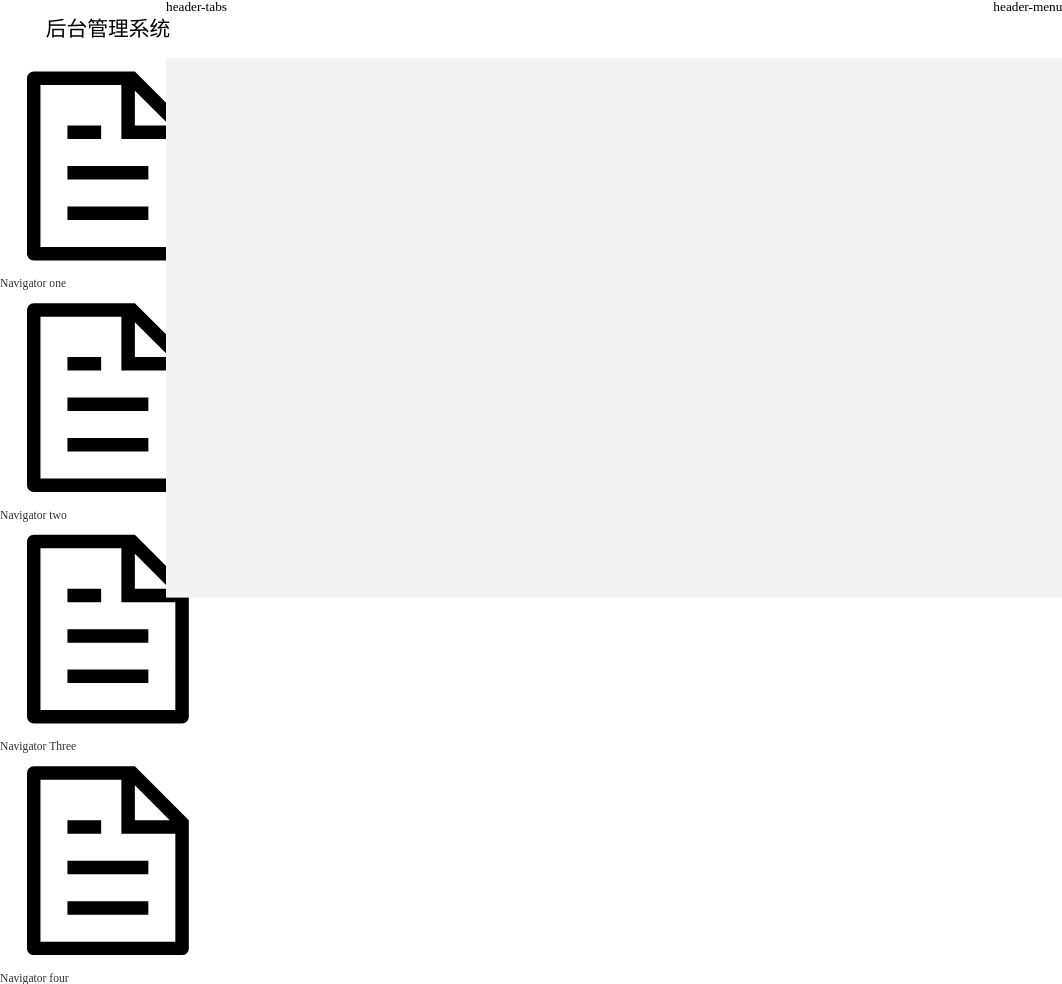
Repository: serrrN/admin
Page: /
These files come from the project's save history. The page is drawn as it stood at one moment and after the next save; the edit follows.
The browser window is 1280 px wide. The pictures show the whole page, at 83% of full size.
The project was rebuilt for these pictures with package versions that can differ from the ones it lists, and the page was loaded fresh each time. Also part of the build but not shown: vite.config.ts, src/styles/index.scss.

Above is the page before, as saved 2024-06-02 15:41:12.

### src/main.ts
import { createApp } from 'vue'
import App from './App.vue'
import ElementPlus from 'element-plus'
import zhCn from 'element-plus/es/locale/lang/zh-cn'
import * as ElementPlusIconsVue from '@element-plus/icons-vue'
import router from './router'
import 'reset-css'
import './styles/index.scss'
const app = createApp(App)
for (const [key, component] of Object.entries(ElementPlusIconsVue)) {
  app.component(key, component)
}
app.use(ElementPlus, { locale: zhCn })
app.use(router)
app.mount('#app')

### src/App.vue
<script setup lang="ts"></script>

<template>
  <router-view></router-view>
</template>

<style>
* {
  box-sizing: border-box;
}
#app,
html,
body {
  width: 100%;
  height: 100%;
}
</style>

### src/router/index.ts
import { createRouter, createWebHistory } from 'vue-router'
const routes = [
  {
    path: '/',
    name: 'home',
    component: () => import('@/layout/index.vue'),
  },
]
const router = createRouter({
  history: createWebHistory(),
  routes,
})
export default router

### src/layout/index.vue
<template>
  <div class="layout-container">
    <div class="left">
      <Menu />
    </div>
    <div class="right">
      <div class="header"><Header /></div>
      <div class="main"><Main /></div>
    </div>
  </div>
</template>

<script lang="ts" setup>
import Menu from './menu/index.vue'
import Header from './header/index.vue'
import Main from './main/index.vue'
</script>

<style scoped lang="scss">
.layout-container {
  width: 100%;
  height: 100%;
  display: flex;
  .left {
    height: 100%;
    width: $layout-container-left-max-width;
  }
  .right {
    width: calc(100% - $layout-container-left-max-width);
    .header {
      width: 100%;
      height: $layout-container-header-height;
      display: flex;
      justify-content: space-between;
    }
    .main {
      height: calc(100% - $layout-container-header-height);
      width: 100%;
      background-color: #f3f3f3;
    }
  }
}
</style>

### src/styles/variable.scss
// 布局容器左边未塌陷宽度
$layout-container-left-max-width:200px;
// 布局容器左边塌陷后宽度
$layout-container-left-min-width:0px;

// 布局容器头部高度
$layout-container-header-height:70px;

### src/layout/menu/index.vue
<template>
  <el-menu
    default-active="2"
    class="el-menu-vertical-demo"
    :collapse="isCollapse"
    @open="handleOpen"
    @close="handleClose"
  >
    <div class="name">后台管理系统</div>
    <el-menu-item index="1">
      <el-icon><document /></el-icon>
      <span>Navigator one</span>
    </el-menu-item>
    <el-menu-item index="2">
      <el-icon><document /></el-icon>
      <span>Navigator two</span>
    </el-menu-item>
    <el-menu-item index="3">
      <el-icon><document /></el-icon>
      <span>Navigator Three</span>
    </el-menu-item>
    <el-menu-item index="4">
      <el-icon><document /></el-icon>
      <span>Navigator four</span>
    </el-menu-item>
  </el-menu>
</template>

<script lang="ts" setup>
import { ref } from 'vue'

const isCollapse = ref(false)
const handleOpen = (key: string, keyPath: string[]) => {
  console.log(key, keyPath)
}
const handleClose = (key: string, keyPath: string[]) => {
  console.log(key, keyPath)
}
</script>

<style>
.el-menu{
  height:100%;
  .name{
      text-align:center;
      width: 100%;
      height: 70px;
      font-size: 25px;
      line-height: 70px;
  }
  .el-menu-item span{
    color: rgb(48, 49, 51);
    font-size: 14px;
    font-weight: 400;
    line-height
  }
}
.el-menu-vertical-demo:not(.el-menu--collapse) {
  width: 260px;
  min-height: 400px;
}
</style>

### src/layout/header/index.vue
<template>
  <Tabs />
  <Menu />
</template>
<script setup lang="ts">
import Tabs from './tabs/index.vue'
import Menu from './menu/index.vue'
</script>
<style lang="scss" scoped></style>

### src/layout/main/index.vue
<template>
  <router-view></router-view>
</template>
<script setup lang="ts"></script>
<style lang="scss" scoped></style>

### src/layout/header/tabs/index.vue
<template>
  <div class="header-tabs">header-tabs</div>
</template>
<script setup lang="ts"></script>
<style lang="scss" scoped></style>

### src/layout/header/menu/index.vue
<template>
  <div class="header-menu">header-menu</div>
</template>
<script setup lang="ts"></script>
<style lang="scss" scoped></style>

Loaded but not shown: index.html (common file)

After the next save:
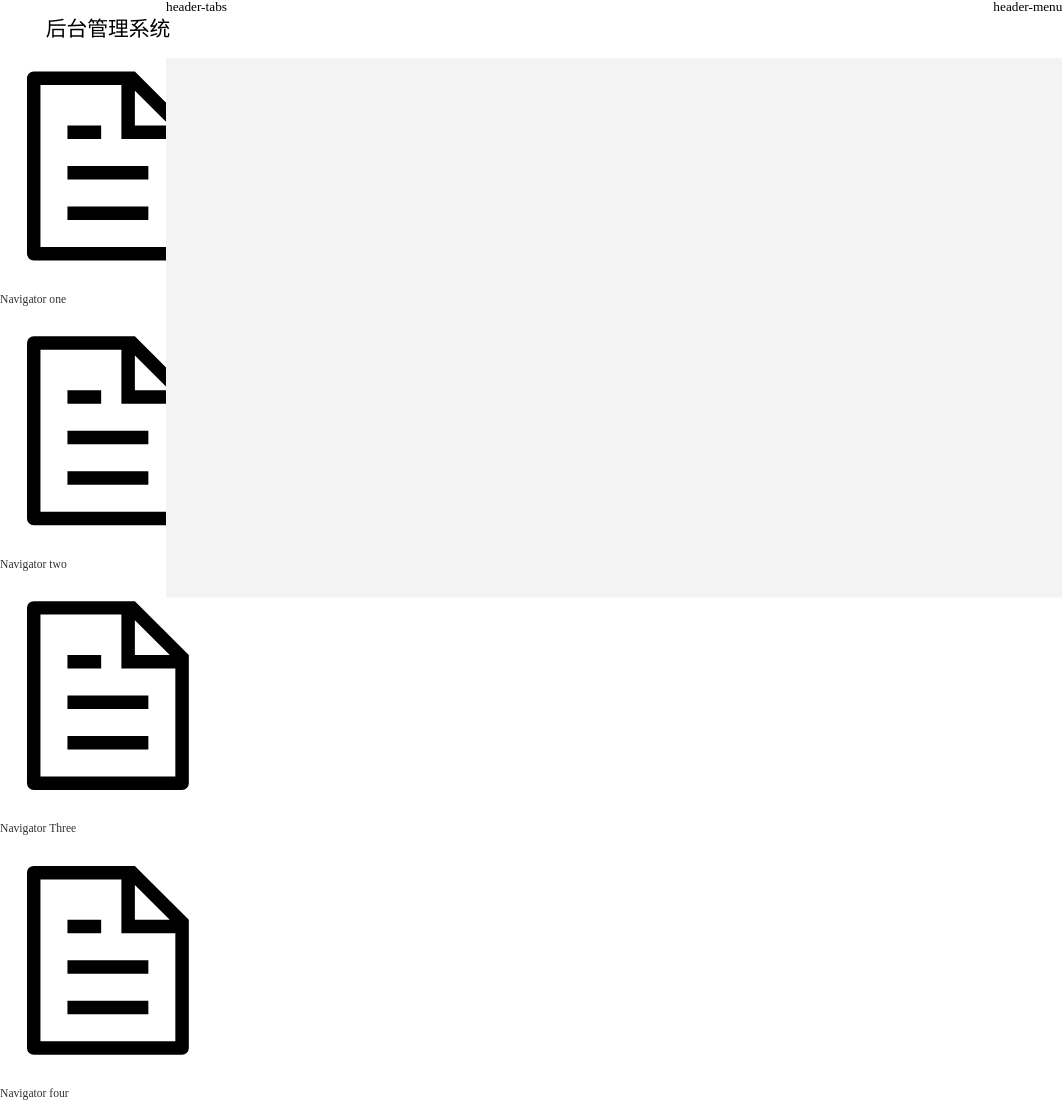
Saved 19 s later.
--- a/src/layout/menu/index.vue
+++ b/src/layout/menu/index.vue
@@ -39,20 +39,20 @@ const handleClose = (key: string, keyPath: string[]) => {
 </script>
 
 <style>
-.el-menu{
-  height:100%;
-  .name{
-      text-align:center;
-      width: 100%;
-      height: 70px;
-      font-size: 25px;
-      line-height: 70px;
+.el-menu {
+  height: 100%;
+  .name {
+    text-align: center;
+    width: 100%;
+    height: 70px;
+    font-size: 25px;
+    line-height: 70px;
   }
-  .el-menu-item span{
+  .el-menu-item span {
     color: rgb(48, 49, 51);
     font-size: 14px;
     font-weight: 400;
-    line-height
+    line-height: 56px;
   }
 }
 .el-menu-vertical-demo:not(.el-menu--collapse) {
